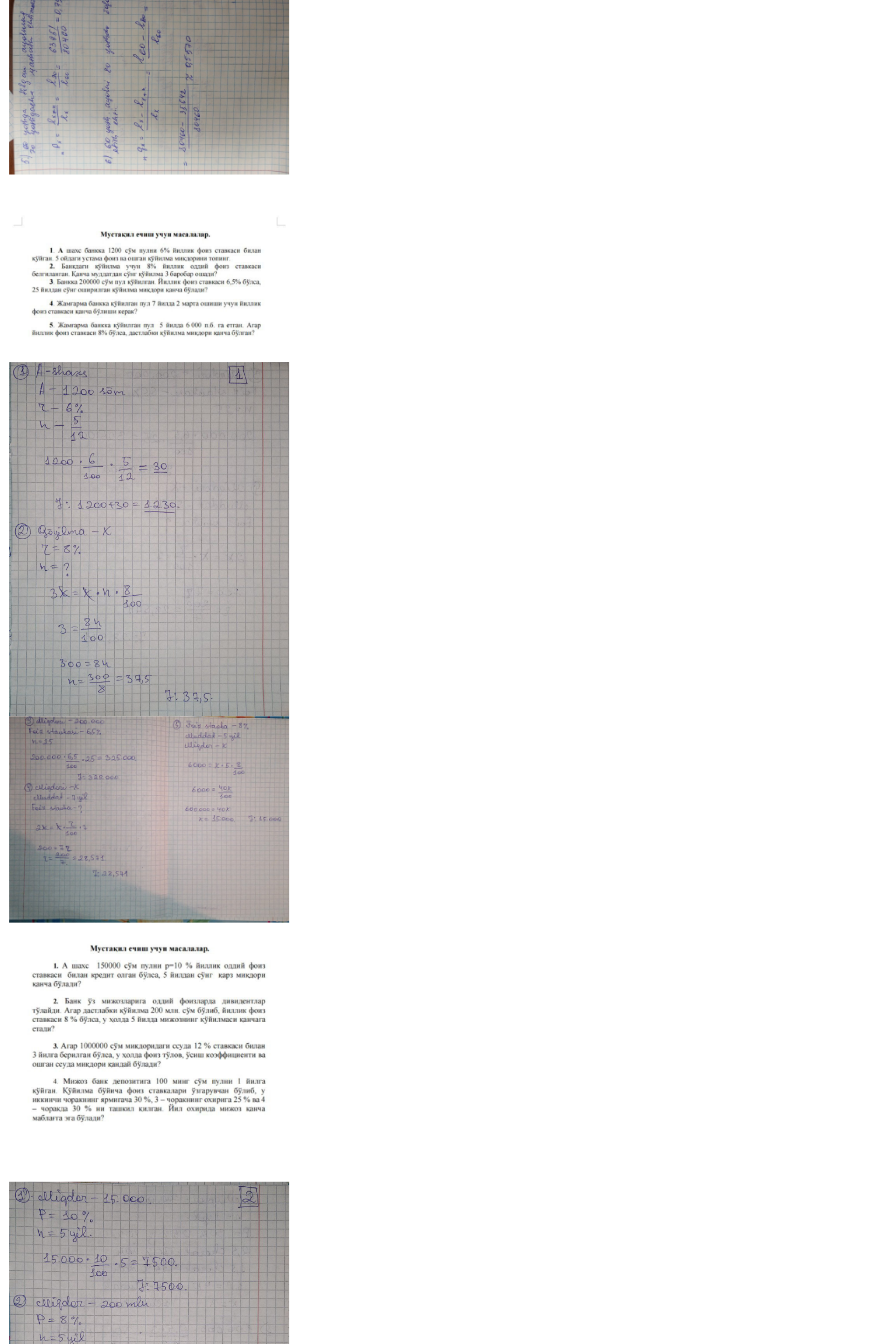
Repository: Ikromkhurozov/exam-inst
Page: index.html
These files come from the project's save history. The page is drawn as it stood at one moment and after a run of saves; the edit follows.
The browser window is 1280 px wide. The pictures show the part of the page from y = 4575 to 6495 px (the page is 8006 px tall before and 8604 px after), at 70% of full size.

Above is the page before, as saved 2023-05-26 09:57:56.

After the next 2 saves:
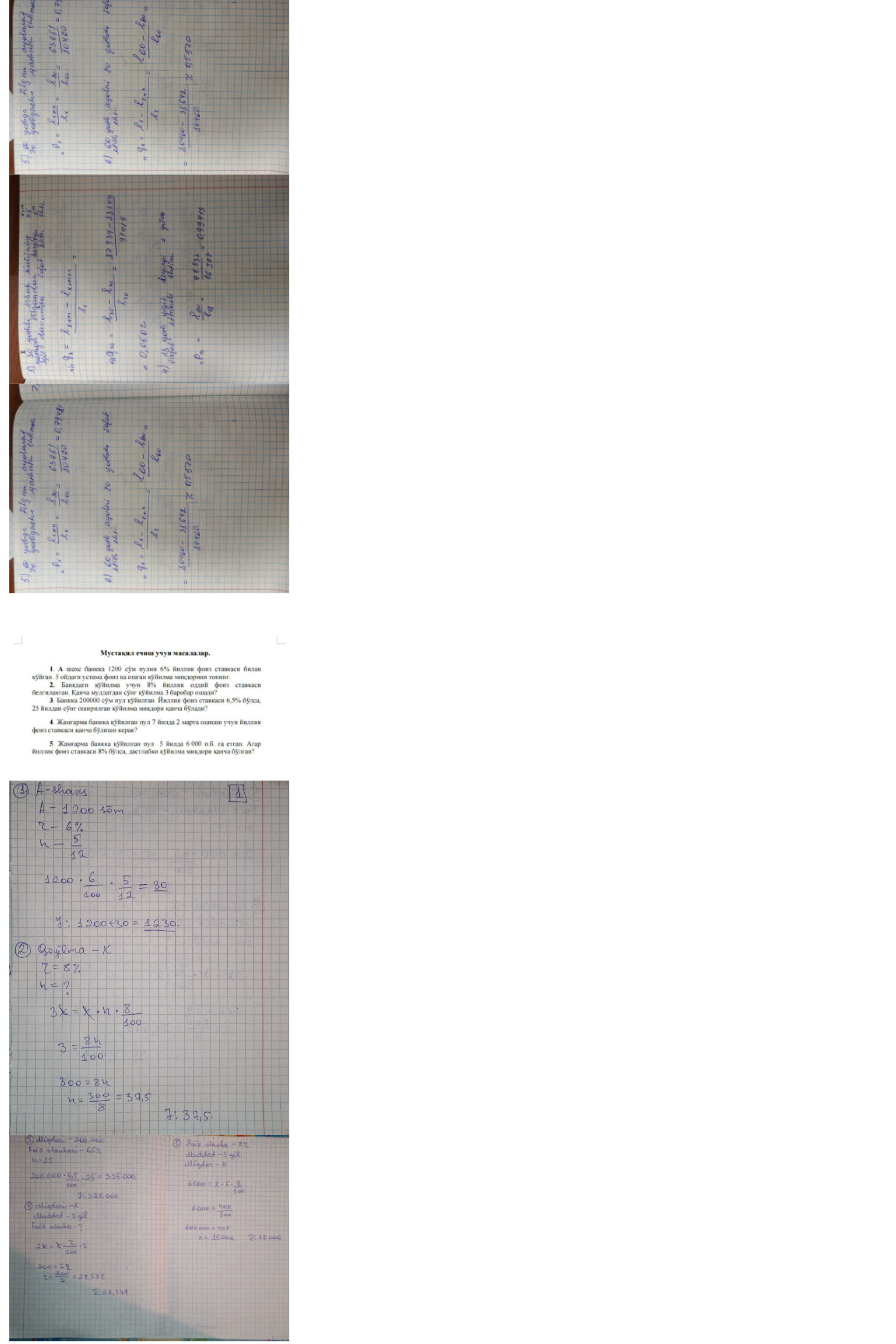
The 2 saves are shown as one change because they came seconds apart.
The last was saved 10 s later.
--- a/index.html
+++ b/index.html
@@ -38,6 +38,8 @@
   <img src="/f.jpg" alt="p2">
   <img src="/j.jpg" alt="p3">
   <img src="/v.jpg" alt="p3">
+  <img src="/w.jpg" alt="p3">
+  <img src="/v.jpg" alt="p3">
 
   <br>
   <br>
